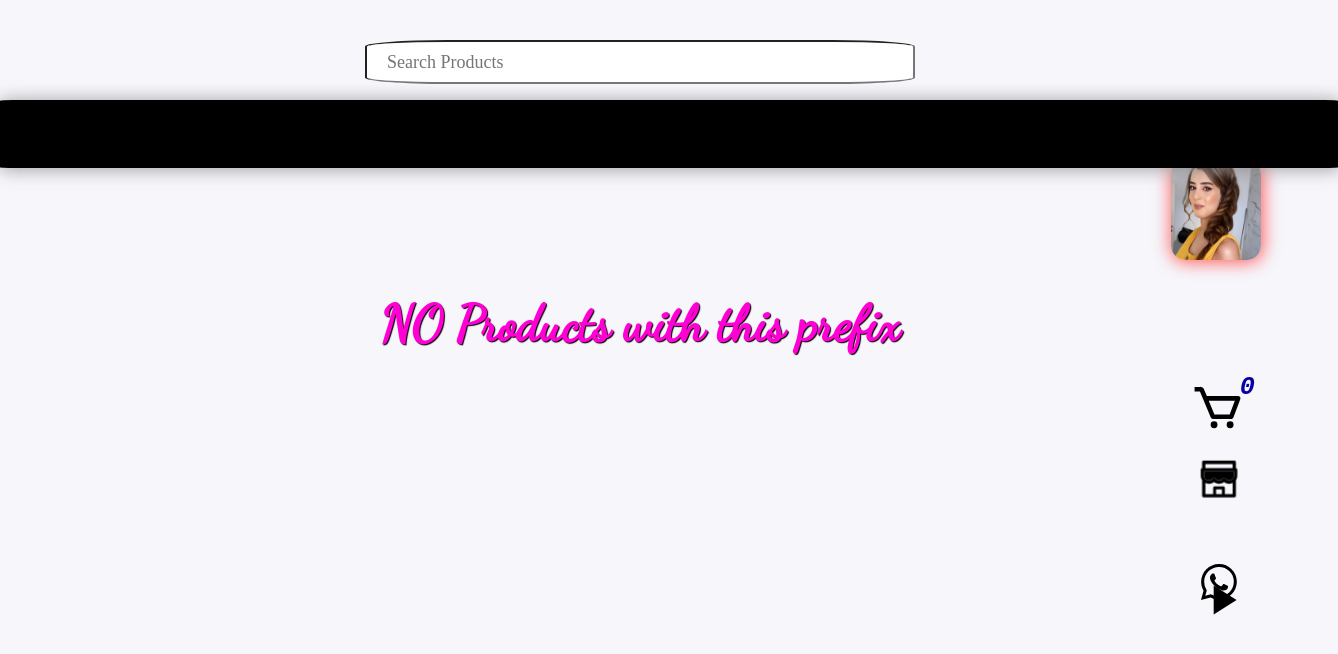
Repository: rehamAbass/BeautyCareShop
Page: /
The author's editor kept a copy of each file at every save. The page is drawn from the files as they stood at one save, then again after the next save.
The browser window is 1280 px wide. The page is 1338 px wide, so the pictures cover 1338 px, including what lies to the right of the window. The pictures show the whole page.
The page's requests for data from a server got no answer. Some web fonts or font styles are not loaded; a fallback is used. The project was rebuilt for these pictures with package versions that can differ from the ones it lists, and the page was loaded fresh each time. No one was signed in, and anything a server would have sent is missing. Also part of the build but not shown: src/components/allProducts/prod/card.css, src/components/allProducts/prod/card.component.jsx, src/components/myCart/myCart.css, src/components/myCart/cartProduct/cartProduct.css, src/components/myCart/cartProduct/cartProduct.jsx, src/components/myCart/myCart.jsx. Imported but missing from the stored project, and not drawn on this page: src/components/header/music/ed.mp3.

Above is the page before, as saved 2022-06-08 13:25:36.

After the next save:
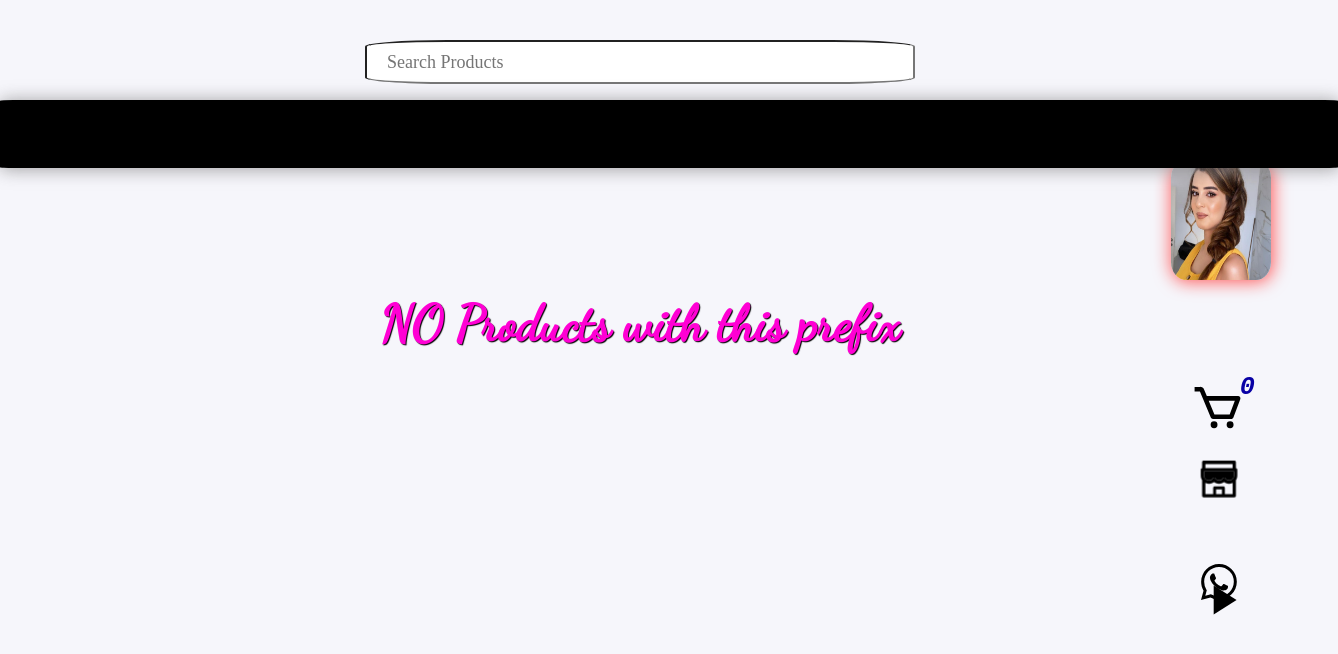
Saved 7 s later.
--- a/src/components/header/header.css
+++ b/src/components/header/header.css
@@ -44,8 +44,8 @@
     position:fixed;
     margin-left: 44%;
     margin-top:100px;
-    width: 90px;
-  height: 100px;
+    width: 100px;
+  height: 120px;
     box-shadow: 1px 1px 17px 1px rgb(255, 88, 88);
     border-radius:15%;
 }
